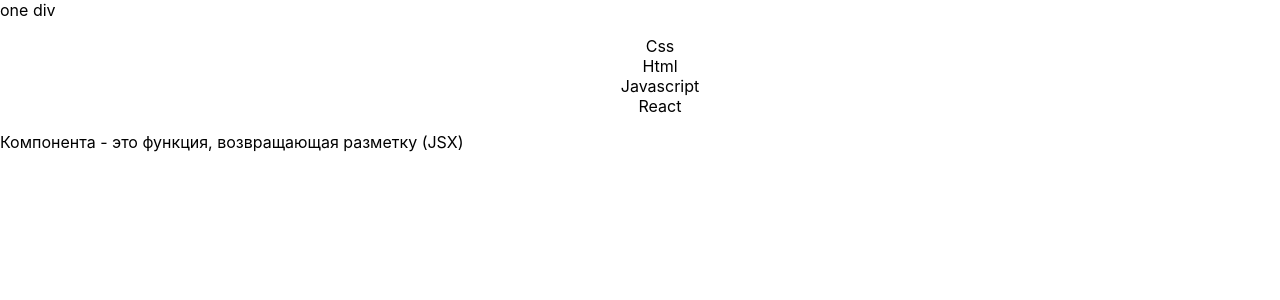
Repository: VladimirSolovyov/React
Page: /
An editor plug-in stored every save of this project. The page is shown before and after a run of saves, followed by the edit.
The browser window is 1280 px wide. The pictures show the whole page.
The project was rebuilt for these pictures with package versions that can differ from the ones it lists, and the page was loaded fresh each time.

Above is the page before, as saved 2020-03-12 11:31:44.

After the next 3 saves:
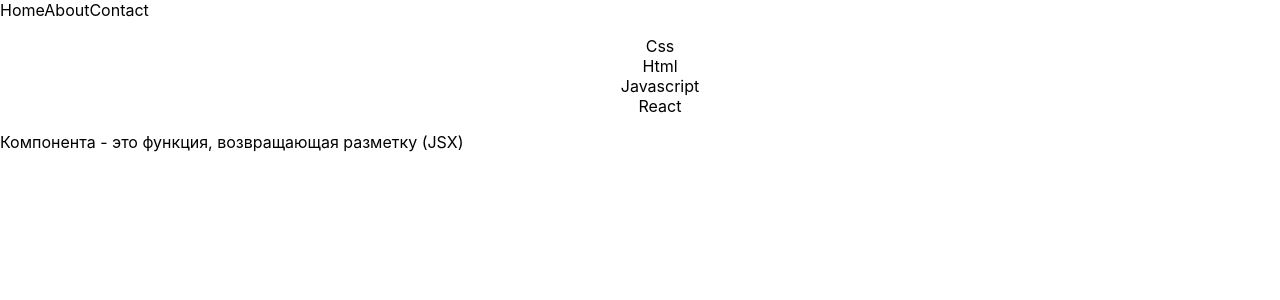
The 3 saves are shown as one change because they came seconds apart.
The last was saved 86 s later.
--- a/src/App.js
+++ b/src/App.js
@@ -4,7 +4,7 @@ import './App.css';
 const App = () => {
   return (
     <div>
-      <div>one div</div>
+      <div><Header></Header></div>
       <div className="App">
         <ul>
           <li>Css</li>
